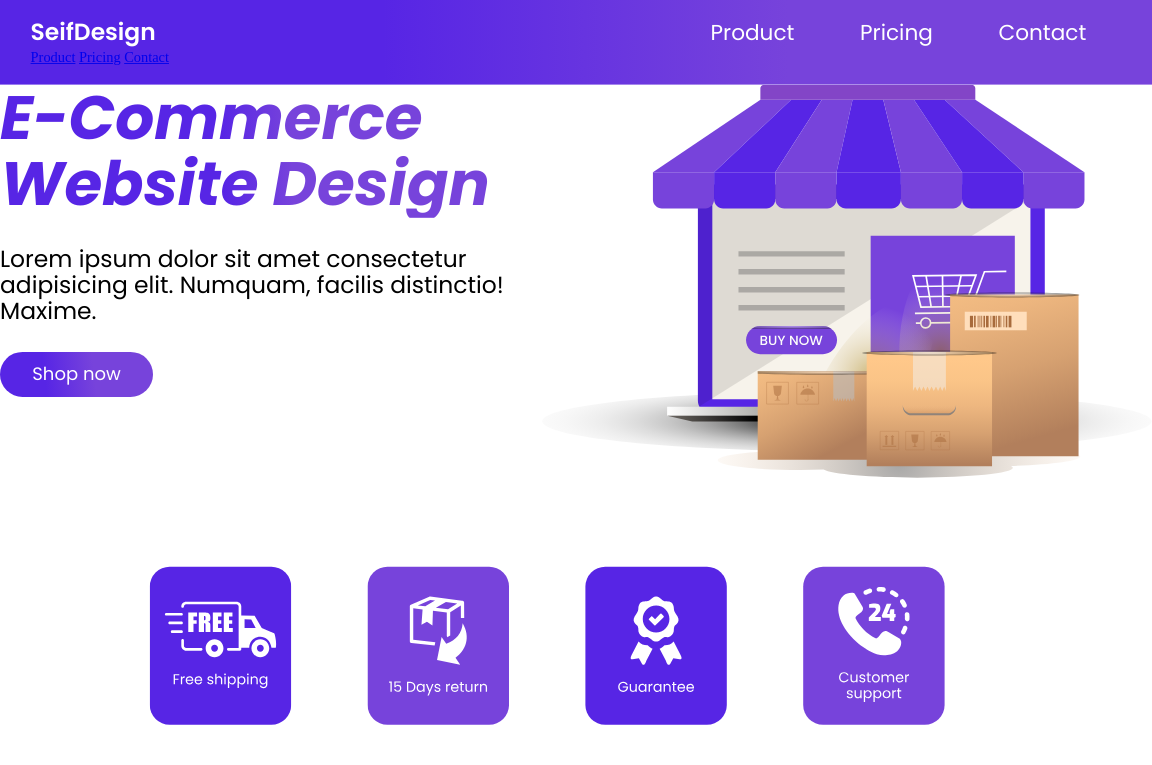
Repository: NatiqSamiyev/commers-desing-JS
Page: index.html
These files come from the project's save history. The page is drawn as it stood at one moment and after the next save; the edit follows.
The browser window is 1280 px wide. The pictures show the whole page, at 90% of full size.
Some web fonts or font styles are not loaded; a fallback is used.

Above is the page before, as saved 2023-11-06 12:05:26.

### index.html
<!DOCTYPE html>
<html lang="en">
  <head>
    <meta charset="UTF-8" />
    <meta name="viewport" content="width=device-width, initial-scale=1.0" />
    <title>Document</title>
    <link rel="stylesheet" href="index.css" />
  </head>
  <body>
    <div class="commerse-design-container">
      <div class="top-container">


        <nav>
          <h1>SeifDesign</h1>
          <ul>
            <li>
              <a href="#">Product</a>
            </li>
            <li>
              <a href="#">Pricing</a>
            </li>
            <li>
              <a href="#">Contact</a>
            </li>
          </ul>
          <button>
            <img src="./image/Frame 1.svg" alt="">
          </button>
        </nav>
<div class="menu-box">
  <a href="#">Product</a>
  <a href="#">Pricing</a>
<a href="#">Contact</a>
</div>

      </div>

      <main>
        <div class="image-container">
          <div class="box-1">
            <h2>E-Commerce Website Design</h2>
            <p>
              Lorem ipsum dolor sit amet consectetur adipisicing elit. Numquam,
              facilis distinctio! Maxime.
            </p>
            <button>
              <a href="#">Shop now</a>
            </button>
          </div>

          <div class="box-2">
            <img src="./image/Group.svg" alt="" />
          </div>
        </div>


        <div class="bottom-container">
          <div class="box-1">
            <img src="./image/Frame 12.svg" alt="" />
            <img src="./image/Frame 11.svg" alt="" />
          </div>
         <div class="box-2">
          <img src="./image/Frame 10.svg" alt="" />
          <img src="./image/Frame 13.svg" alt="" />
         </div>

        </div>
      </main>


  </body>
  <script src="./index.js"></script>
</html>

### index.css
@import url("https://fonts.googleapis.com/css2?family=Epilogue:wght@400;600;700;800;900&family=Inter:wght@400;500;600;700&family=Laila:wght@700&family=Open+Sans:wght@400;600;700;800&family=Poppins:ital,wght@0,400;0,500;0,600;0,700;1,700&family=Roboto+Slab:wght@700&family=Roboto:wght@400;700;900&display=swap");

* {
  margin: 0;
  padding: 0;
  box-sizing: border-box;
}

.commerse-design-container {
  width: 100%;
  padding: 0 0 33px 0;
  min-height: 100vh;
}

.top-container {
  width: 100%;
  padding: 16px 0 21px 34px;
  background: linear-gradient(270deg, #7743db 31.64%, #5725e5 66.78%);
}

.top-container h1 {
  color: #fff;
  font-family: Poppins;
  font-size: 26px;
  font-style: normal;
  font-weight: 600;
  line-height: normal;
}

.top-container nav {
  display: flex;
  justify-content: space-between;
  align-items: center;
}
.top-container nav button {
  background: none;
  border: none;
  display: none;
}

.top-container nav ul {
  display: flex;
}

.top-container nav ul li {
  margin-right: 73px;
  list-style-type: none;
}

.top-container nav ul li a {
  text-decoration: none;
  color: #fff;
  text-align: center;
  font-family: Poppins;
  font-size: 24px;
  font-style: normal;
  font-weight: 300;
  line-height: normal;
}
.top-container .menu
main {
  width: 100%;
  padding: 100px 83px;
}
main .image-container {
  margin-bottom: 83px;
  display: flex;
  justify-content: space-between;
}

.box-1 h2 {
  margin-bottom: 32px;
  font-family: Poppins;
  font-size: 68px;
  font-style: italic;
  font-weight: 700;
  line-height: 109%;
  background: linear-gradient(268deg, #7743db 46.2%, #5725e5 59.09%);
  background-clip: text;
  -webkit-background-clip: text;
  -webkit-text-fill-color: transparent;
}

.box-1 p {
  margin-bottom: 32px;
  color: #000;
  font-family: Poppins;
  font-size: 26px;
  font-style: normal;
  font-weight: 300;
  line-height: 109%;
}

.box-1 button {
  width: 170px;
  height: 50px;
  padding: 0px 24px;
  display: flex;
  justify-content: center;
  align-items: center;
  gap: 10px;
  border-radius: 25px;
  background: linear-gradient(263deg, #7743db 38.81%, #5725e5 70.24%);
  border: none;
}

.box-1 button a {
  text-decoration: none;
  color: #fff;
  font-family: Poppins;
  font-size: 20px;
  font-style: normal;
  font-weight: 400;
  line-height: 109%;
}

.box-2 img {
  width: 677.61px;
  height: 437.417px;
}

.bottom-container {
  display: flex;
  justify-content: center;
}

.bottom-container img {
  margin-right: 64px;
  width: 178px;
  height: 199px;
  padding: 10px;
  border-radius: 25px;
}
.bottom-container .box-1 {
  display: flex;
}

.bottom-container .box-2 {
  display: flex;
}
/* mobile design */

@media screen and (max-width: 768px) {
  .commerse-design-container {
    background-color: #ececec;
  }
  .top-container {
    padding: 20px;
  }
  .top-container h1 {
    font-size: 18px;
  }
  main {
    padding: 60px 20px;
    margin-bottom: 0;
  }
  .top-container nav ul {
    display: none;
  }
  .top-container nav button {
    display: block;
  }
  .image-container .box-2 {
    margin-bottom: 29px;
    display: flex;
    justify-content: center;
    align-items: center;
  }
  .image-container {
    flex-direction: column-reverse;
  }
  .image-container .box-2 img {
    width: 352px;
    height: 256.511px;
  }

  .image-container .box-1 {
    width: 100%;
    display: flex;
    justify-content: center;
    flex-direction: column;
    align-items: center;
  }

  .image-container .box-1 h2 {
    width: 390px;
    text-align: center;
    font-size: 40px;
  }

  .box-1 p {
    text-align: center;
    font-size: 20px;
  }

  .bottom-container {
    margin-top: 46px;
    display: flex;
    flex-direction: column;
  }
  .bottom-container .box-2 {
    flex-direction: row-reverse;
    justify-content: center;
  }
  .bottom-container .box-1 {
    justify-content: center;
  }
  .bottom-container img {
    width: 160px;
    height: 180px;
    margin-right: 20px;
  }

  .box-1 button {
    margin-bottom: 0;
  }
}

Loaded but not shown: index.js (no stored copy; drawn as an empty file)

After the next save:
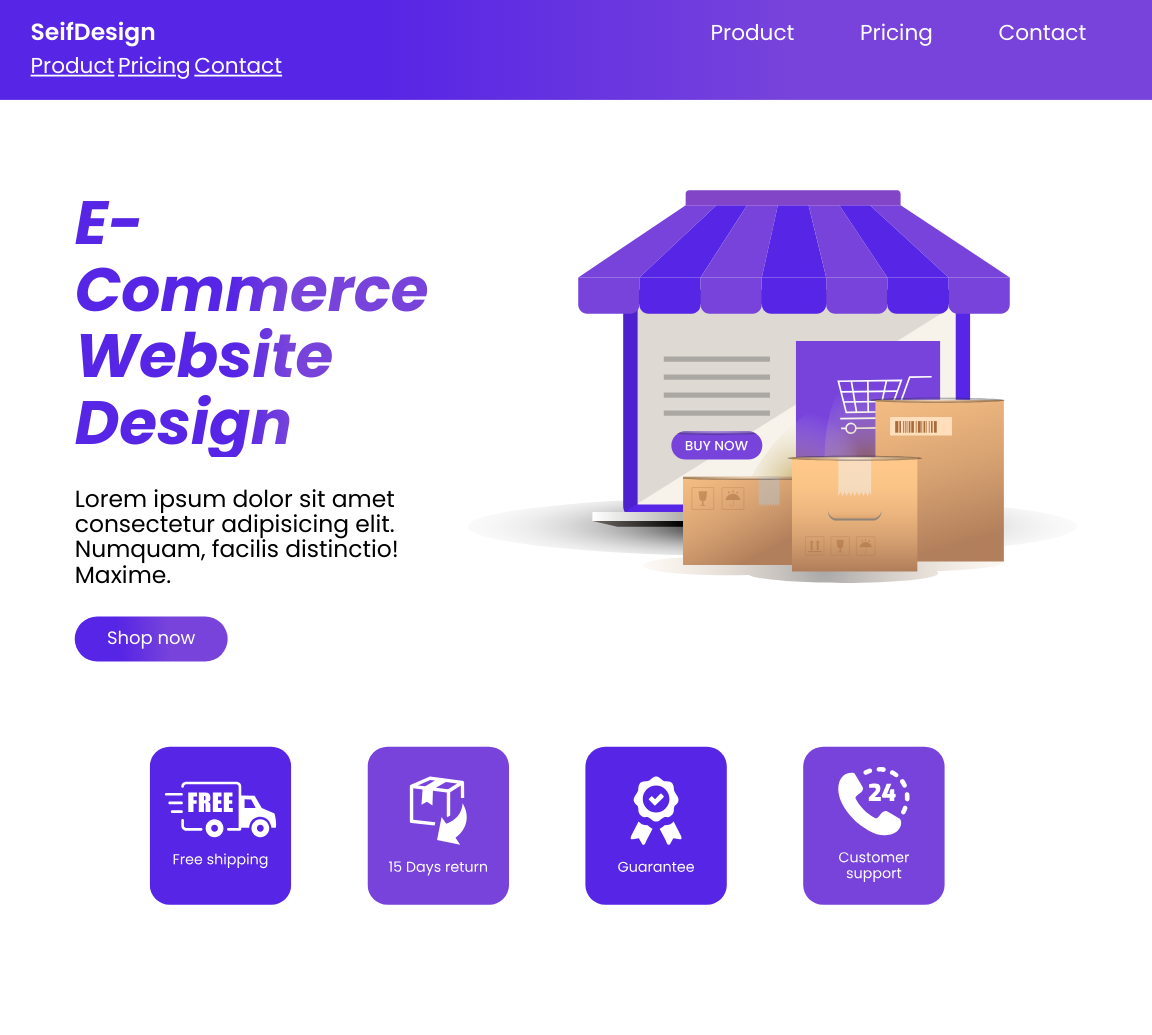
Saved 4 s later.
--- a/index.css
+++ b/index.css
@@ -57,7 +57,15 @@
   font-weight: 300;
   line-height: normal;
 }
-.top-container .menu
+.top-container .menu-box a{
+  color: #FFF;
+text-align: center;
+font-family: Poppins;
+font-size: 24px;
+font-style: normal;
+font-weight: 300;
+line-height: normal;
+}
 main {
   width: 100%;
   padding: 100px 83px;
